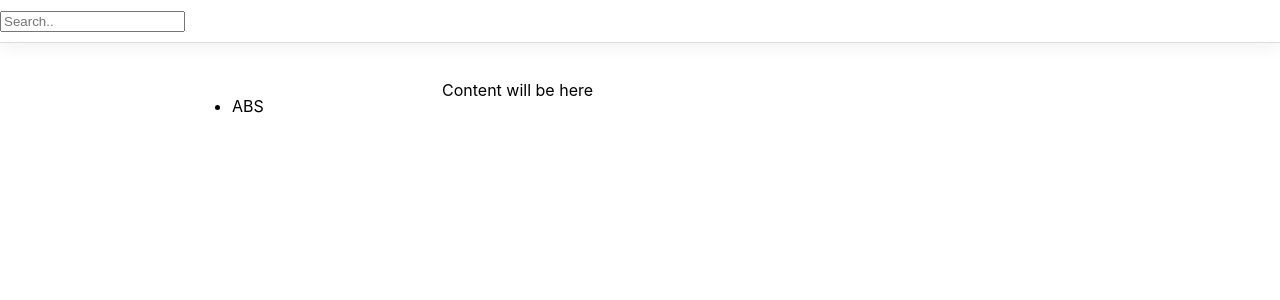
Repository: ChathurangaCPM/developer-forum
Page: / (app in client/)
An editor plug-in stored every save of this project. The page is shown before and after the next save, followed by the edit.
The browser window is 1280 px wide. The pictures show the whole page.
The project was rebuilt for these pictures with package versions that can differ from the ones it lists, and the page was loaded fresh each time.

Above is the page before, as saved 2022-05-09 20:59:01.

After the next save:
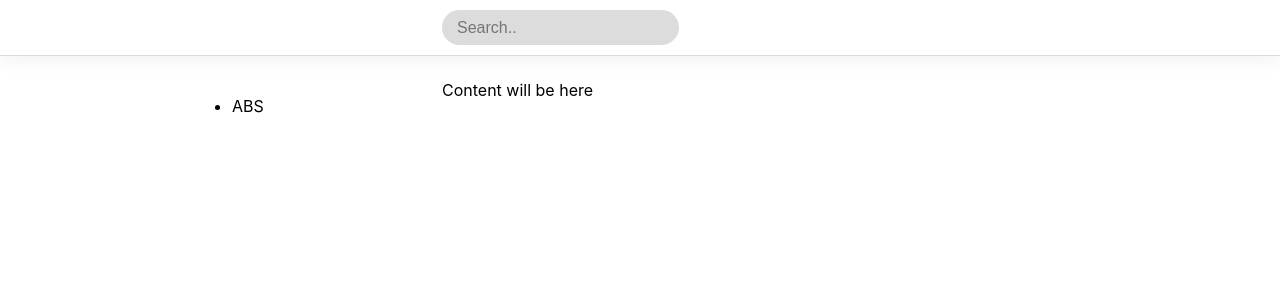
Saved 4 s later.
--- a/client/src/components/MainHeader/MainHeader.js
+++ b/client/src/components/MainHeader/MainHeader.js
@@ -5,15 +5,18 @@ import '../../scss/componets/MainHeader/MainHeader.min.css';
 function MainHeader() {
 	return (
 		<div className="main_header">
-            <div className="main_logo">
-				{/* <Link to="/cat" className="cat">Category name</Link> */}
-			</div>
+			<div className="wrap_middle">
+
+				<div className="main_logo">
+					{/* <Link to="/cat" className="cat">Category name</Link> */}
+				</div>
 
 
-			<div className="search_form">
-				<form method="">
-					<input type="search" placeholder="Search.."/>
-				</form>
+				<div className="search_form">
+					<form method="">
+						<input type="search" placeholder="Search.."/>
+					</form>
+				</div>
 			</div>
 		</div>
 	);
